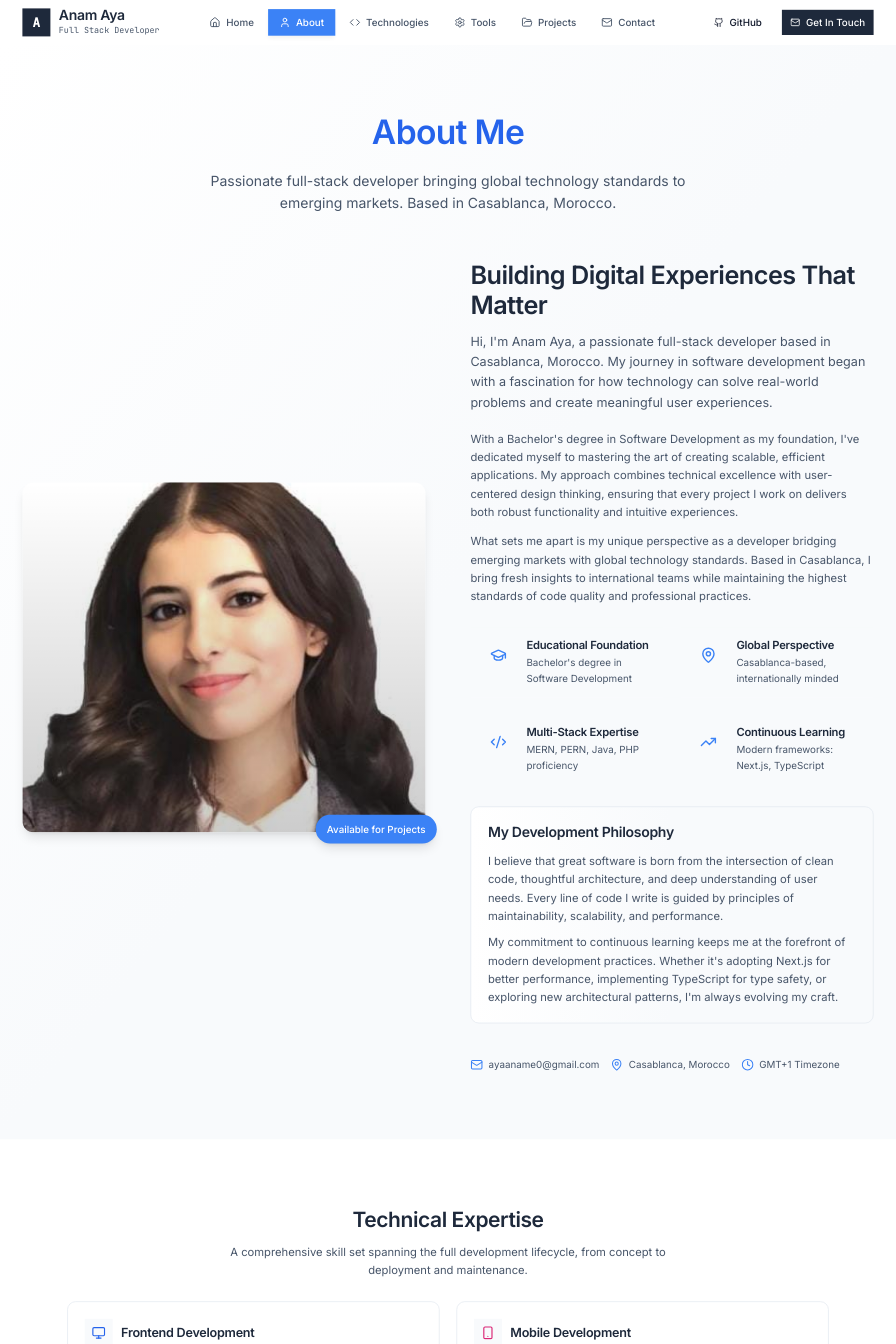
Repository: ayaaas/portflio_aya
Page: /about-me-personal-narrative
An editor plug-in stored every save of this project. The page is shown before and after the next save, followed by the edit.
The browser window is 1280 px wide. The pictures show the part of the page from y = 0 to 1920 px (the page is 4280 px tall), at 70% of full size.
The project was rebuilt for these pictures with package versions that can differ from the ones it lists, and the page was loaded fresh each time. Also part of the build but not shown: vite.config.mjs, src/components/ErrorBoundary.jsx, src/pages/hero-section-developer-portfolio/components/ProfileImage.jsx, src/pages/hero-section-developer-portfolio/components/AnimatedText.jsx, src/pages/hero-section-developer-portfolio/components/HeroContent.jsx, src/pages/hero-section-developer-portfolio/components/BackgroundPattern.jsx, src/pages/hero-section-developer-portfolio/components/ScrollIndicator.jsx, src/pages/hero-section-developer-portfolio/index.jsx and 23 more.

Above is the page before, as saved 2025-07-20 01:05:51.

### index.html
<!doctype html>
<html lang="en">

<head>
  <meta charset="utf-8" />
  <title>anam-aya-portfolio</title>
  <meta name="viewport" content="width=device-width, initial-scale=1.0" />
  <meta name="theme-color" content="#000000" />
  <meta name="description" content="Web site created using create-react-app" />
  <link rel="icon" href="/favicon.ico" />
  <link rel="manifest" href="/manifest.json" />
<script type="module" src="https://static.rocket.new/rocket-web.js?_cfg=https%3A%2F%2Fanamayap2173back.builtwithrocket.new&_be=https%3A%2F%2Fapplication.rocket.new&_v=0.1.6"></script>
</head>

<body>
  <noscript>You need to enable JavaScript to run this app.</noscript>
  <div class="dhiwise-code" id="root"></div>
  <script type="module" src="/src/index.jsx"></script>
</body>

</html>

### src/Routes.jsx
import React from "react";
import { BrowserRouter, Routes as RouterRoutes, Route } from "react-router-dom";
import ScrollToTop from "components/ScrollToTop";
import ErrorBoundary from "components/ErrorBoundary";
// Add your imports here
import HeroSectionDeveloperPortfolio from "pages/hero-section-developer-portfolio";
import AboutMePersonalNarrative from "pages/about-me-personal-narrative";
import ToolsProfessionalWorkflowDisplay from "pages/tools-professional-workflow-display";
import ContactCommunicationPortal from "pages/contact-communication-portal";
import TechnologiesInteractiveStackShowcase from "pages/technologies-interactive-stack-showcase";
import ProjectsCuratedCaseStudies from "pages/projects-curated-case-studies";
import NotFound from "pages/NotFound";

const Routes = () => {
  return (
    <BrowserRouter>
      <ErrorBoundary>
      <ScrollToTop />
      <RouterRoutes>
        {/* Define your routes here */}
        <Route path="/" element={<HeroSectionDeveloperPortfolio />} />
        <Route path="/hero-section-developer-portfolio" element={<HeroSectionDeveloperPortfolio />} />
        <Route path="/about-me-personal-narrative" element={<AboutMePersonalNarrative />} />
        <Route path="/tools-professional-workflow-display" element={<ToolsProfessionalWorkflowDisplay />} />
        <Route path="/contact-communication-portal" element={<ContactCommunicationPortal />} />
        <Route path="/technologies-interactive-stack-showcase" element={<TechnologiesInteractiveStackShowcase />} />
        <Route path="/projects-curated-case-studies" element={<ProjectsCuratedCaseStudies />} />
        <Route path="*" element={<NotFound />} />
      </RouterRoutes>
      </ErrorBoundary>
    </BrowserRouter>
  );
};

export default Routes;

### src/pages/about-me-personal-narrative/index.jsx
import React, { useEffect, useRef } from 'react';
import { Helmet } from 'react-helmet';
import Header from '../../components/ui/Header';
import ProfileImage from './components/ProfileImage';
import PersonalStory from './components/PersonalStory';
import SkillsOverview from './components/SkillsOverview';
import PersonalValues from './components/PersonalValues';
import Icon from '../../components/AppIcon';
import Button from '../../components/ui/Button';

const AboutMePersonalNarrative = () => {
  const sectionsRef = useRef([]);

  useEffect(() => {
    const observerOptions = {
      threshold: 0.1,
      rootMargin: '0px 0px -50px 0px'
    };

    const observer = new IntersectionObserver((entries) => {
      entries.forEach((entry) => {
        if (entry.isIntersecting) {
          entry.target.classList.add('fade-in', 'visible');
        }
      });
    }, observerOptions);

    sectionsRef.current.forEach((section) => {
      if (section) {
        observer.observe(section);
      }
    });

    return () => {
      sectionsRef.current.forEach((section) => {
        if (section) {
          observer.unobserve(section);
        }
      });
    };
  }, []);

  const addToRefs = (el) => {
    if (el && !sectionsRef.current.includes(el)) {
      sectionsRef.current.push(el);
    }
  };

  return (
    <>
      <Helmet>
        <title>About Me - Anam Aya | Full Stack Developer Portfolio</title>
        <meta
          name="description"
          content="Learn about Anam Aya, a passionate full-stack developer from Casablanca, Morocco. Discover my journey, values, and expertise in modern web development technologies."
        />
        <meta name="keywords" content="Anam Aya, Full Stack Developer, Casablanca, Morocco, React, Node.js, Software Development, Web Developer" />
        <meta property="og:title" content="About Me - Anam Aya | Full Stack Developer" />
        <meta property="og:description" content="Passionate full-stack developer bringing global technology standards to emerging markets. Based in Casablanca, Morocco." />
        <meta property="og:type" content="website" />
        <link rel="canonical" href="/about-me-personal-narrative" />
      </Helmet>

      <div className="min-h-screen bg-background">
        <Header />

        <main className="pt-16">
          {/* Hero Section */}
          <section
            ref={addToRefs}
            className="fade-in py-16 lg:py-24 bg-gradient-to-br from-background via-surface to-muted"
          >
            <div className="max-w-7xl mx-auto px-6 lg:px-8">
              <div className="text-center mb-16">
                <h1 className="text-4xl md:text-5xl font-bold text-blue-600 mb-6">
                  About Me
                </h1>
                <p className="text-xl text-text-secondary max-w-3xl mx-auto leading-relaxed">
                  Passionate full-stack developer bringing global technology standards to emerging markets. Based in Casablanca, Morocco.
                </p>
              </div>
              <div className="grid grid-cols-1 lg:grid-cols-2 gap-12 lg:gap-16 items-center">
                {/* Profile Image */}
                <div className="order-2 lg:order-1 -mt-6">
                  <ProfileImage />
                </div>

                {/* Personal Story */}
                <div className="order-1 lg:order-2">
                  <PersonalStory />
                </div>
              </div>
            </div>
          </section>

          {/* Skills Overview Section */}
          <section
            ref={addToRefs}
            className="fade-in py-16 lg:py-24 bg-background"
          >
            <div className="max-w-6xl mx-auto px-6 lg:px-8">
              <SkillsOverview />
            </div>
          </section>

          {/* Personal Values Section */}
          <section
            ref={addToRefs}
            className="fade-in py-16 lg:py-24 bg-surface"
          >
            <div className="max-w-6xl mx-auto px-6 lg:px-8">
              <PersonalValues />
            </div>
          </section>

          {/* Call to Action Section */}
          <section
            ref={addToRefs}
            className="fade-in py-16 lg:py-24 bg-gradient-to-r from-primary/5 to-accent/5"
          >
            <div className="max-w-4xl mx-auto px-6 lg:px-8 text-center">
              <div className="space-y-8">
                <div className="space-y-4">
                  <h2 className="text-3xl lg:text-4xl font-bold text-blue-600">
                    Let's Build Something Amazing Together
                  </h2>
                  <p className="text-lg text-text-secondary max-w-2xl mx-auto">
                    Ready to bring your ideas to life? I'm always excited to work on new projects
                    and collaborate with teams that value quality and innovation.
                  </p>
                </div>

                <div className="flex flex-col sm:flex-row gap-4 justify-center">
                  <Button
                    variant="default"
                    size="lg"
                    iconName="Mail"
                    iconPosition="left"
                    onClick={() => window.location.href = 'mailto:ayaaname0@gmail.com'}
                    className="hover-lift"
                  >
                    Start a Conversation
                  </Button>

                  <Button
                    variant="outline"
                    size="lg"
                    iconName="FolderOpen"
                    iconPosition="left"
                    onClick={() => window.location.href = '/projects-curated-case-studies'}
                    className="hover-lift"
                  >
                    View My Work
                  </Button>
                </div>

                {/* Contact Info */}
                <div className="flex flex-col sm:flex-row gap-6 justify-center items-center pt-8 border-t border-border">
                  <div className="flex items-center space-x-2 text-text-secondary">
                    <Icon name="Mail" size={18} className="text-accent" />
                    <span className="text-sm">ayaaname0@gmail.com</span>
                  </div>
                  <div className="flex items-center space-x-2 text-text-secondary">
                    <Icon name="MapPin" size={18} className="text-accent" />
                    <span className="text-sm">Casablanca, Morocco</span>
                  </div>
                  <div className="flex items-center space-x-2 text-text-secondary">
                    <Icon name="Clock" size={18} className="text-accent" />
                    <span className="text-sm">GMT+1 Available</span>
                  </div>
                </div>
              </div>
            </div>
          </section>
        </main>
      </div>
    </>
  );
};

export default AboutMePersonalNarrative;

### src/pages/about-me-personal-narrative/components/ProfileImage.jsx
import React from 'react';
import Image from '../../../components/AppImage';

const ProfileImage = () => {
  return (
    <div className="relative">
      <div className="relative overflow-hidden rounded-2xl shadow-lg hover-lift">
        <Image
          src="public/assets/images/WhatsApp Image 2025-01-27 à 13.09.23_03e1ada6.jpg"
          alt="Anam Aya - Full Stack Developer in his development environment"
          className="w-full h-[500px] object-cover"
        />
        <div className="absolute inset-0 bg-gradient-to-t from-black/20 to-transparent"></div>
      </div>

      {/* Floating Badge */}
      <div className="absolute -bottom-4 -right-4 bg-accent text-accent-foreground px-4 py-2 rounded-full shadow-lg">
        <span className="text-sm font-medium">Available for Projects</span>
      </div>

      {/* Decorative Elements */}
      <div className="absolute -top-4 -left-4 w-8 h-8 bg-primary/10 rounded-full"></div>
      <div className="absolute top-8 -right-2 w-4 h-4 bg-accent/20 rounded-full"></div>
    </div>
  );
};

export default ProfileImage;

### src/pages/about-me-personal-narrative/components/SkillsOverview.jsx
import React from 'react';
import Icon from '../../../components/AppIcon';

const SkillsOverview = () => {
const skillCategories = [
  {
    category: 'Frontend Development',
    icon: 'Monitor',
    skills: ['React.js', 'Next.js', 'TypeScript', 'Tailwind CSS', 'HTML5/CSS3'],
    color: 'text-blue-600'
  },
  {
    category: 'Mobile Development',
    icon: 'Smartphone',
    skills: ['Flutter', 'Dart', 'Audioplayers'],
    color: 'text-pink-600'
  },
  {
    category: 'Backend Development',
    icon: 'Server',
    skills: ['Node.js', 'Express.js', 'PHP', 'Java', 'RESTful APIs'],
    color: 'text-green-600'
  },
  {
    category: 'Database & Tools',
    icon: 'Database',
    skills: ['MongoDB', 'SQFLite', 'PostgreSQL', 'MySQL'],
    color: 'text-purple-600'
  },
  {
    category: 'Development Practices',
    icon: 'Settings',
    skills: ['Agile/Scrum', 'Code Review', 'Performance Optimization'],
    color: 'text-orange-600'
  }
];



  return (
    <div className="space-y-8">
      <div className="text-center space-y-4">
        <h2 className="text-2xl lg:text-3xl font-bold text-primary">
          Technical Expertise
        </h2>
        <p className="text-text-secondary max-w-2xl mx-auto">
          A comprehensive skill set spanning the full development lifecycle,
          from concept to deployment and maintenance.
        </p>
      </div>

      <div className="grid grid-cols-1 md:grid-cols-2 gap-6">
        {skillCategories.map((category, index) => (
          <div
            key={index}
            className="bg-card rounded-xl p-6 border border-border hover:shadow-lg transition-all-300 hover-lift"
          >
            <div className="flex items-center space-x-3 mb-4">
              <div className="w-10 h-10 bg-surface rounded-lg flex items-center justify-center">
                <Icon name={category.icon} size={20} className={category.color} />
              </div>
              <h3 className="text-lg font-semibold text-primary">{category.category}</h3>
            </div>

            <div className="flex flex-wrap gap-2">
              {category.skills.map((skill, skillIndex) => (
                <span
                  key={skillIndex}
                  className="px-3 py-1 bg-muted text-text-secondary text-sm rounded-full hover:bg-accent/10 hover:text-accent transition-all-300"
                >
                  {skill}
                </span>
              ))}
            </div>
          </div>
        ))}
      </div>

      {/* Experience Timeline */}
      <div className="bg-gradient-to-r from-primary/5 to-accent/5 rounded-xl p-6 border border-primary/10">
        <h3 className="text-xl font-semibold text-primary mb-6 text-center">Development Journey</h3>

        <div className="space-y-4">
          <div className="flex items-start space-x-4">
            <div className="w-3 h-3 bg-accent rounded-full mt-2 flex-shrink-0"></div>
            <div>
              <h4 className="font-medium text-primary">Full-Stack Development Focus</h4>
              <p className="text-sm text-text-secondary">
                Specializing in modern web applications with React, Node.js, and cloud deployment
              </p>
            </div>
          </div>

          <div className="flex items-start space-x-4">
            <div className="w-3 h-3 bg-primary rounded-full mt-2 flex-shrink-0"></div>
            <div>
              <h4 className="font-medium text-primary">Academic Foundation</h4>
              <p className="text-sm text-text-secondary">
                Bachelor's degree in Software Development with focus on algorithms and system design
              </p>
            </div>
          </div>

          <div className="flex items-start space-x-4">
            <div className="w-3 h-3 bg-success rounded-full mt-2 flex-shrink-0"></div>
            <div>
              <h4 className="font-medium text-primary">Continuous Learning</h4>
              <p className="text-sm text-text-secondary">
                Staying current with Next.js, TypeScript, and modern development practices
              </p>
            </div>
          </div>
        </div>
      </div>
    </div>
  );
};

export default SkillsOverview;

### src/components/ui/Button.jsx
import React from 'react';
import { Slot } from "@radix-ui/react-slot";
import { cva } from "class-variance-authority";
import { cn } from "../../utils/cn";
import Icon from '../AppIcon';

const buttonVariants = cva(
    "inline-flex items-center justify-center whitespace-nowrap rounded-md text-sm font-medium ring-offset-background transition-colors focus-visible:outline-none focus-visible:ring-2 focus-visible:ring-ring focus-visible:ring-offset-2 disabled:pointer-events-none disabled:opacity-50",
    {
        variants: {
            variant: {
                default: "bg-primary text-primary-foreground hover:bg-primary/90",
                destructive: "bg-destructive text-destructive-foreground hover:bg-destructive/90",
                outline: "border border-input hover:bg-accent hover:text-accent-foreground",
                secondary: "bg-secondary text-secondary-foreground hover:bg-secondary/80",
                ghost: "hover:bg-accent hover:text-accent-foreground",
                link: "text-primary underline-offset-4 hover:underline",
                success: "bg-success text-success-foreground hover:bg-success/90",
                warning: "bg-warning text-warning-foreground hover:bg-warning/90",
                danger: "bg-error text-error-foreground hover:bg-error/90",
            },
            size: {
                default: "h-10 px-4 py-2",
                sm: "h-9 rounded-md px-3",
                lg: "h-11 rounded-md px-8",
                icon: "h-10 w-10",
                xs: "h-8 rounded-md px-2 text-xs",
                xl: "h-12 rounded-md px-10 text-base",
            },
        },
        defaultVariants: {
            variant: "default",
            size: "default",
        },
    }
);

const Button = React.forwardRef(({
    className,
    variant,
    size,
    asChild = false,
    children,
    loading = false,
    iconName = null,
    iconPosition = 'left',
    iconSize = null,
    fullWidth = false,
    disabled = false,
    ...props
}, ref) => {
    const Comp = asChild ? Slot : "button";

    // Icon size mapping based on button size
    const iconSizeMap = {
        xs: 12,
        sm: 14,
        default: 16,
        lg: 18,
        xl: 20,
        icon: 16,
    };

    const calculatedIconSize = iconSize || iconSizeMap[size] || 16;

    // Loading spinner
    const LoadingSpinner = () => (
        <svg className="animate-spin -ml-1 mr-2 h-4 w-4" fill="none" viewBox="0 0 24 24">
            <circle className="opacity-25" cx="12" cy="12" r="10" stroke="currentColor" strokeWidth="4" />
            <path className="opacity-75" fill="currentColor" d="M4 12a8 8 0 018-8V0C5.373 0 0 5.373 0 12h4zm2 5.291A7.962 7.962 0 014 12H0c0 3.042 1.135 5.824 3 7.938l3-2.647z" />
        </svg>
    );

    // Icon rendering
    const renderIcon = () => {
        if (!iconName) return null;

        return (
            <Icon
                name={iconName}
                size={calculatedIconSize}
                className={cn(
                    children && iconPosition === 'left' && "mr-2",
                    children && iconPosition === 'right' && "ml-2"
                )}
            />
        );
    };

    return (
        <Comp
            className={cn(
                buttonVariants({ variant, size, className }),
                fullWidth && "w-full"
            )}
            ref={ref}
            disabled={disabled || loading}
            {...props}
        >
            {loading && <LoadingSpinner />}
            {iconName && iconPosition === 'left' && renderIcon()}
            {children}
            {iconName && iconPosition === 'right' && renderIcon()}
        </Comp>
    );
});

Button.displayName = "Button";

export default Button;

Loaded but not shown: src/index.jsx (common file); src/App.jsx (common file); src/styles/tailwind.css (library); src/styles/index.css (common file); src/components/ScrollToTop.jsx (common file); src/components/AppIcon.jsx (common file); src/components/AppImage.jsx (common file); src/utils/cn.js (common file); tailwind.config.js (148 lines, source omitted); src/components/ui/Header.jsx (183 lines, source omitted); src/pages/about-me-personal-narrative/components/PersonalValues.jsx (120 lines, source omitted); src/pages/about-me-personal-narrative/components/PersonalStory.jsx (114 lines, source omitted)

After the next save:
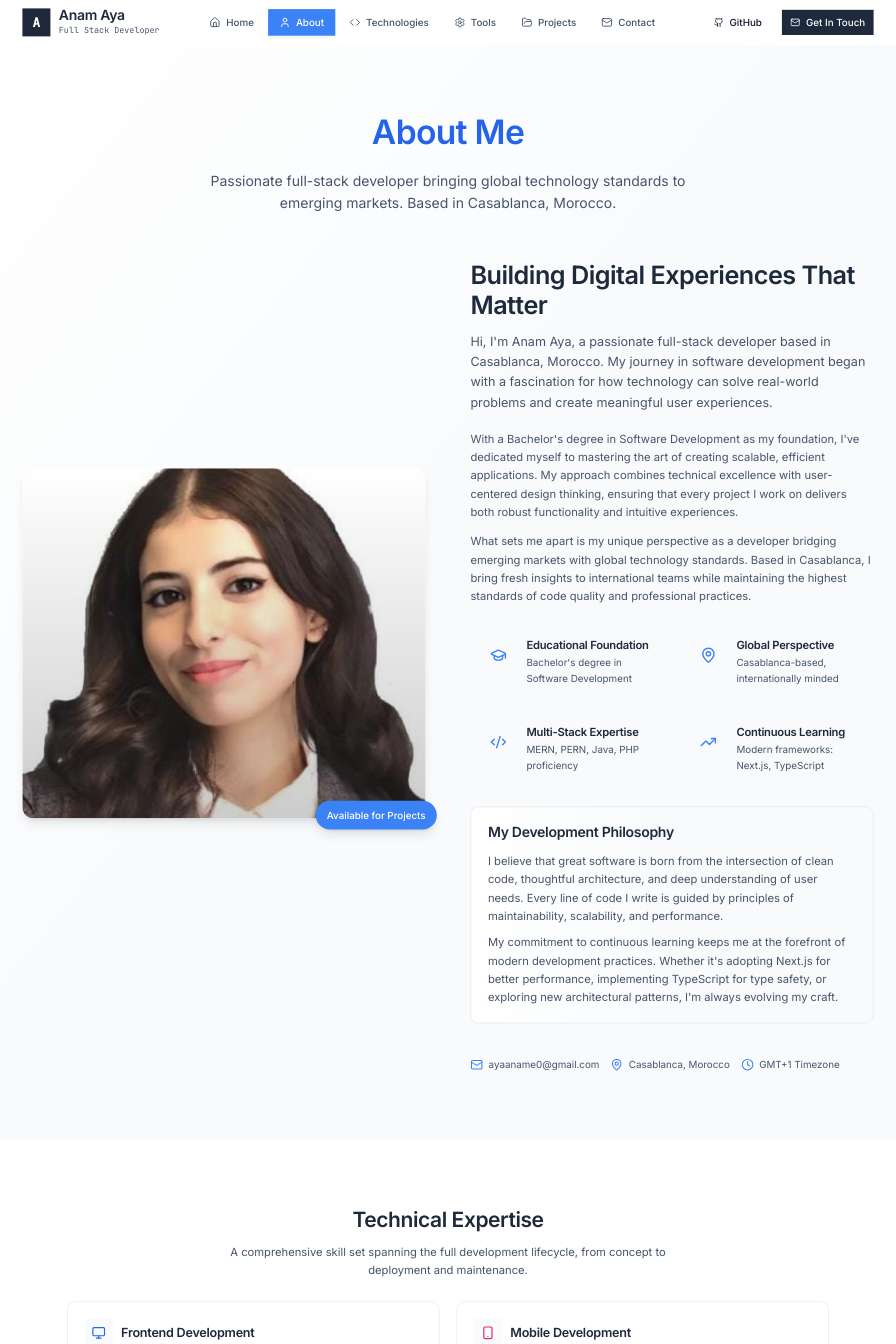
Saved 29 s later.
--- a/src/pages/about-me-personal-narrative/index.jsx
+++ b/src/pages/about-me-personal-narrative/index.jsx
@@ -81,7 +81,7 @@ const AboutMePersonalNarrative = () => {
               </div>
               <div className="grid grid-cols-1 lg:grid-cols-2 gap-12 lg:gap-16 items-center">
                 {/* Profile Image */}
-                <div className="order-2 lg:order-1 -mt-6">
+                <div className="order-2 lg:order-1 -mt-16">
                   <ProfileImage />
                 </div>
 
